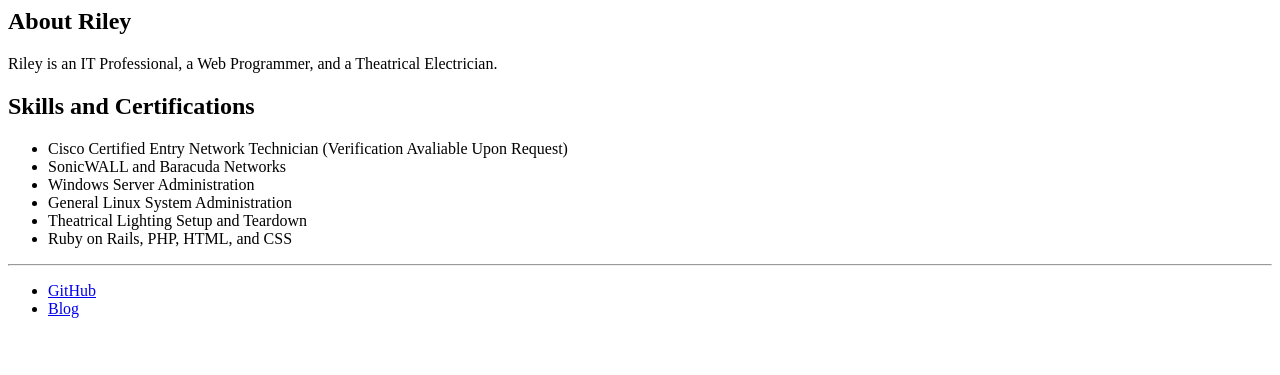
Repository: RowdyChildren/RowdyChildren.github.io
Page: _includes/content.html
The author's editor kept a record of every edit. The page is drawn from the files as they stood at one moment, then again after the next edit.
The browser window is 1280 px wide. The pictures show the whole page.

Above is the page before.

After the next edit:
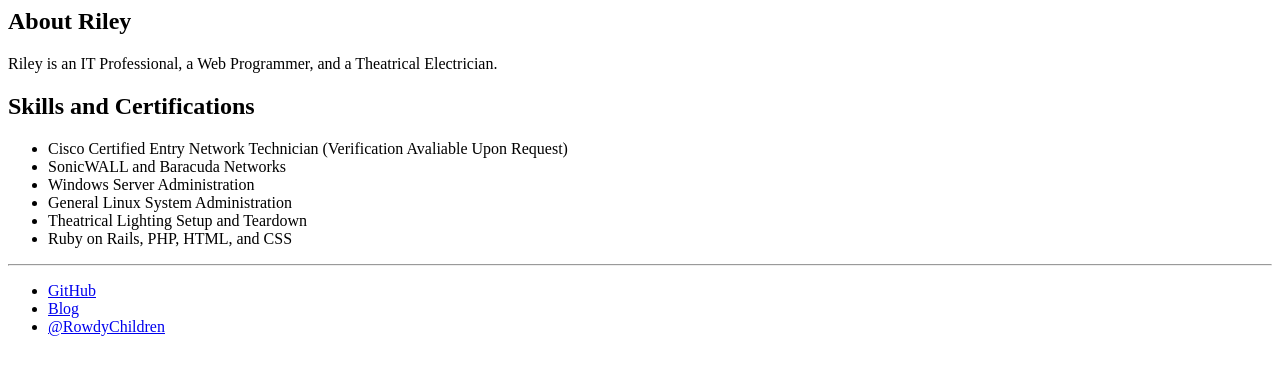
The edit:
--- a/_includes/content.html
+++ b/_includes/content.html
@@ -21,5 +21,8 @@
   <li class="main-list-item">
     <span class="fa fa-user fa-lg main-list-item-icon"></span>
     <a href="http://blog.rileychilds.me">Blog</a>
+    <li class="main-list-item">
+    <span class="fa fa-twitter main-list-item-icon"></span>
+    <a href="http://blog.rileychilds.me">@RowdyChildren</a>
   </li>
 </ul>
